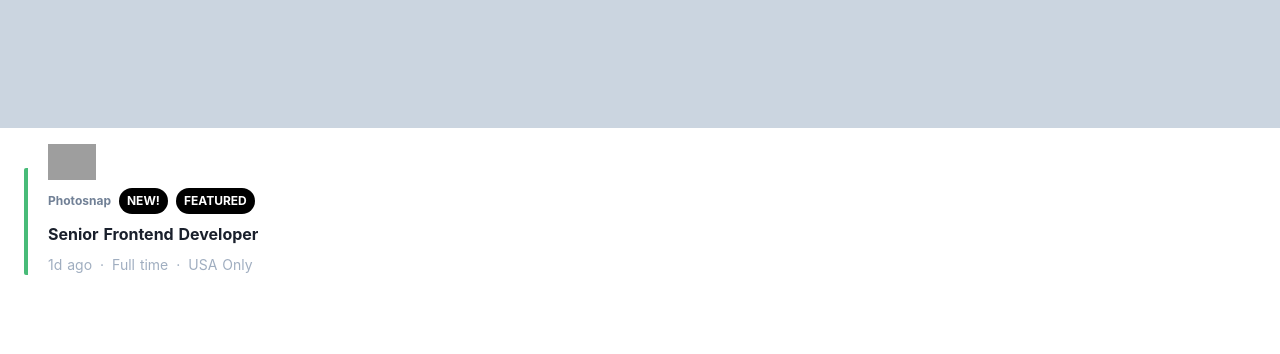
Repository: asongdon/frontendmentor-joblisting
Page: /
The author's editor kept a copy of each file at every save. The page is drawn from the files as they stood at one save, then again after the next save.
The browser window is 1280 px wide. The pictures show the whole page.
Pictures or frames that could not be fetched are drawn as grey boxes. The project was rebuilt for these pictures with package versions that can differ from the ones it lists, and the page was loaded fresh each time. The framework's server and built-in components were replaced by stand-ins that run in the browser. Also part of the build but not shown: nuxt.config.js.

Above is the page before, as saved 2020-04-12 18:53:46.

### layouts/default.vue
<template>
  <div>
    <Header/>
    <nuxt />
  </div>
</template>

<script>
import Header from '@/components/Header.vue'

export default {
  components: {
    Header
  },
}
</script>

<style>
html {
  font-family: 'Inter', -apple-system, BlinkMacSystemFont, 'Segoe UI',
    Roboto, 'Helvetica Neue', Arial, sans-serif;
  font-size: 16px;
  word-spacing: 1px;
  -ms-text-size-adjust: 100%;
  -webkit-text-size-adjust: 100%;
  -moz-osx-font-smoothing: grayscale;
  -webkit-font-smoothing: antialiased;
  box-sizing: border-box;
}

*,
*:before,
*:after {
  box-sizing: border-box;
  margin: 0;
}

.button--green {
  display: inline-block;
  border-radius: 4px;
  border: 1px solid #3b8070;
  color: #3b8070;
  text-decoration: none;
  padding: 10px 30px;
}

.button--green:hover {
  color: #fff;
  background-color: #3b8070;
}

.button--grey {
  display: inline-block;
  border-radius: 4px;
  border: 1px solid #35495e;
  color: #35495e;
  text-decoration: none;
  padding: 10px 30px;
  margin-left: 15px;
}

.button--grey:hover {
  color: #fff;
  background-color: #35495e;
}
</style>

### pages/index.vue
<template>
  <div class="container py-10 px-6">
    <Maincard/>
  </div>
</template>

<script>
import Maincard from '@/components/Maincard'
export default {
  components: {
    Maincard
  }
}
</script>

<style>
/* Sample `apply` at-rules with Tailwind CSS
.container {
  @apply min-h-screen flex justify-center items-center text-center mx-auto;
}
*/

</style>

### components/Header.vue
<template>
  <div class="w-full h-32 bg-gray-400"></div>
</template>

<script>
export default {}
</script>

<style></style>

### components/Maincard.vue
<template>
    <div class="flex flex-col flex-no-wrap rounded-sm px-5 border-l-4 border-green-500">

    <div class="-mt-6 mb-2">
      <img class="w-12" src="~/assets/logos/faceit.svg" alt="" />
    </div>

    <div class="flex items-center">
      <div class="text-xs font-bold text-gray-600">Photosnap</div>
      <div class="flex text-xs font-bold">
        <div class="bg-black text-white rounded-full px-2 py-1 uppercase ml-2">
          New!
        </div>
        <div class="bg-black text-white rounded-full px-2 py-1 uppercase ml-2">
          Featured
        </div>
      </div>
    </div>

    <div class="mt-2 font-bold text-gray-900">
      Senior Frontend Developer
    </div>

    <div class="flex text-sm mt-2 text-gray-500">
      <div class="mr-2">1d ago</div>
      <div class="mr-2">·</div>
      <div class="mr-2">Full time</div>
      <div class="mr-2">·</div>
      <div>USA Only</div>
    </div>

  </div>
</template>

<script>
export default {}
</script>

<style></style>

Loaded but not shown: assets/css/tailwind.css (common file); tailwind.config.js (common file); store/filter.js (no copy from this time; the picture is the same without it); store/index.js (no copy from this time; the picture is the same without it)

After the next save:
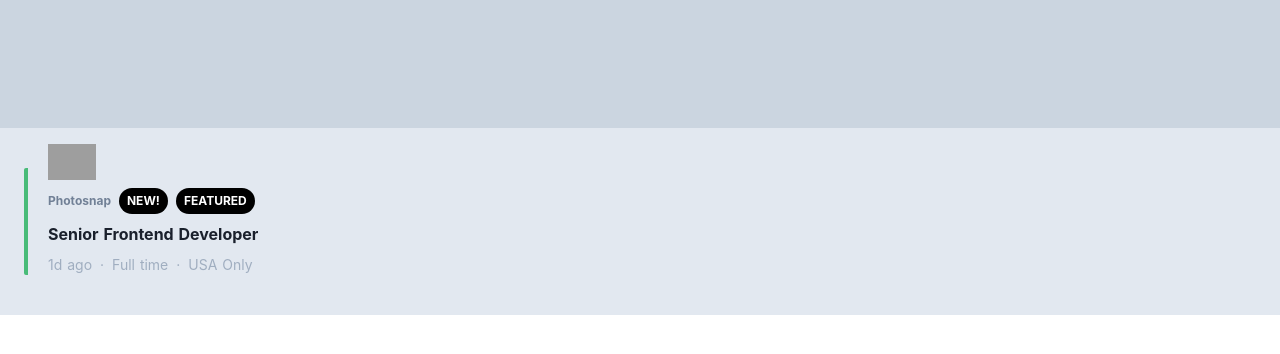
Saved 16 s later.
--- a/pages/index.vue
+++ b/pages/index.vue
@@ -1,5 +1,5 @@
 <template>
-  <div class="container py-10 px-6">
+  <div class="container py-10 px-6 bg-gray-300">
     <Maincard/>
   </div>
 </template>

After the save that followed:
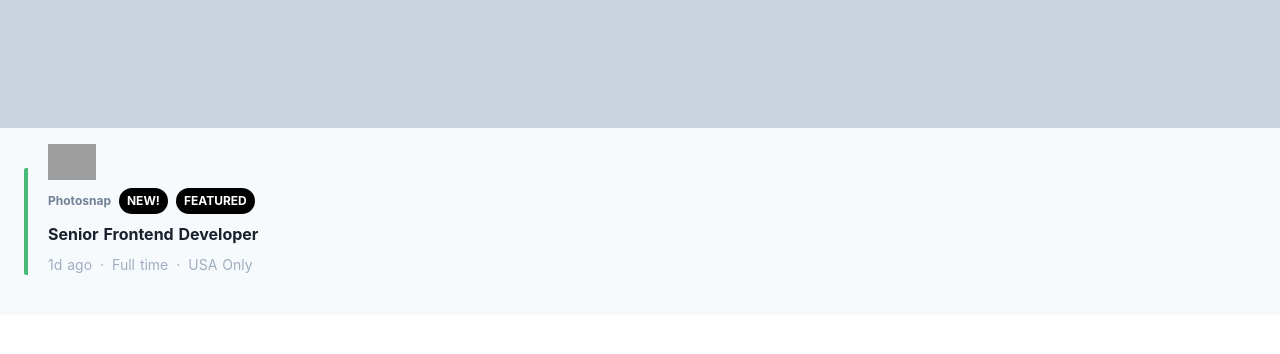
Saved 5 s later.
--- a/pages/index.vue
+++ b/pages/index.vue
@@ -1,5 +1,5 @@
 <template>
-  <div class="container py-10 px-6 bg-gray-300">
+  <div class="container py-10 px-6 bg-gray-100">
     <Maincard/>
   </div>
 </template>
